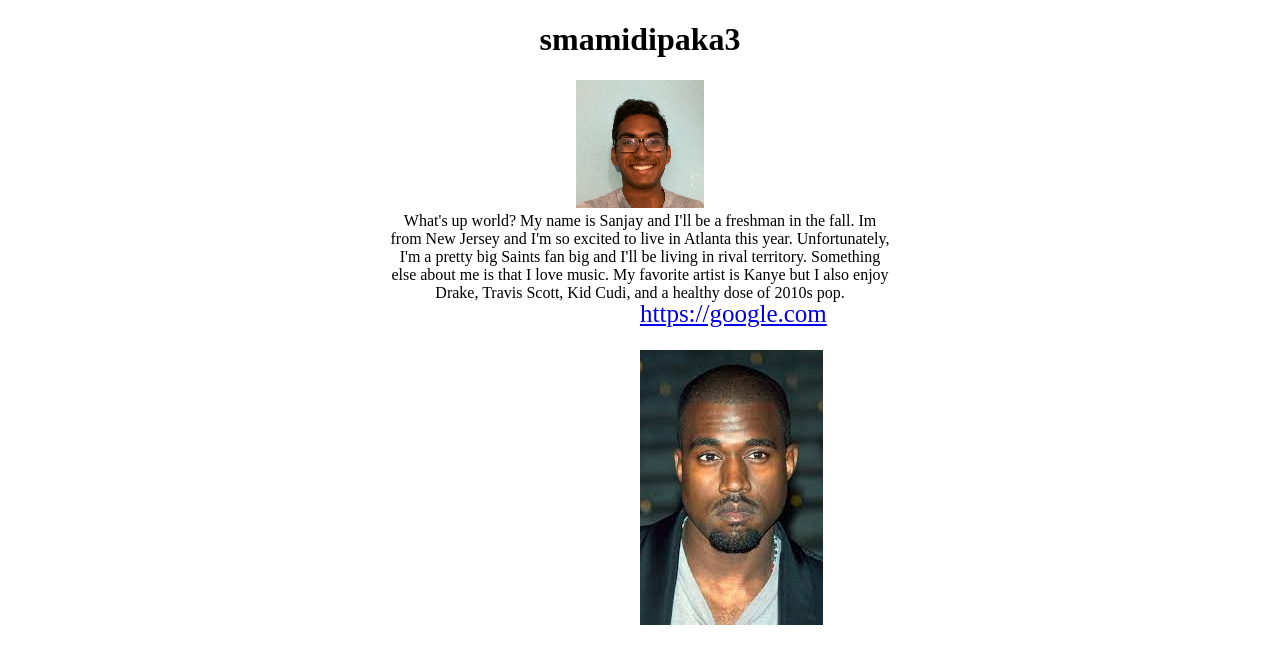
Repository: sanjayMamidipaka/cs1301
Page: lab01/index.html
The author's editor kept a copy of each file at every save. The page is drawn from the files as they stood at one save, then again after the next save.
The browser window is 1280 px wide. The pictures show the whole page.

Above is the page before, as saved 2021-07-22 16:19:40.

### lab01/index.html
<!DOCTYPE html>

<head>
    <link rel="stylesheet" href="style.css">
  </head>

  <div class = "h1">
    <h1>smamidipaka3</h1>

    <img src="image.png" alt="My Picture">
    <p class = 'description'>
        What's up world? My name is Sanjay and I'll be a freshman in the fall. Im from New Jersey and I'm so excited to live in Atlanta this year.
        Unfortunately, I'm a pretty big Saints fan big and I'll be living in rival territory. Something else about me is that I love music. My favorite artist is Kanye but
        I also enjoy Drake, Travis Scott, Kid Cudi, and a healthy dose of 2010s pop.
    </p>

    <a class='link' href="https://google.com">https://google.com</a>

    <a href="https://www.kanyewest.com/" >
        <img class='kanye' src="kanye.jpeg" alt="The GOAT's pic">
    </a>
  </div>

### lab01/style.css
.h1 {
    text-align: center
}

.description {
    width: 500px;
    text-align: center;
    margin: auto;
}

.link {
    font-size: 25px;
    text-align: center;
    position: fixed;
    top: 300px;
}

.kanye {
    text-align: center;
    position: absolute;
    top: 350px;
}

After the next save:
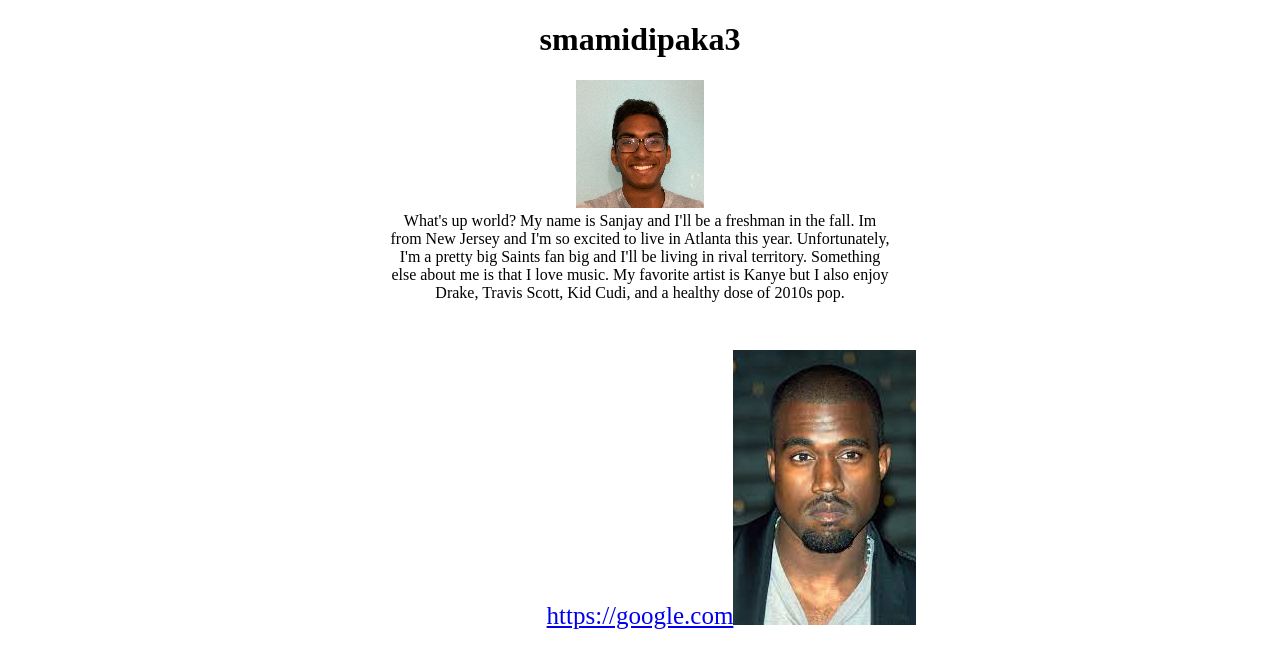
Saved 6 s later.
--- a/lab01/style.css
+++ b/lab01/style.css
@@ -11,7 +11,7 @@
 .link {
     font-size: 25px;
     text-align: center;
-    position: fixed;
+    position: relative;
     top: 300px;
 }
 

After the save that followed:
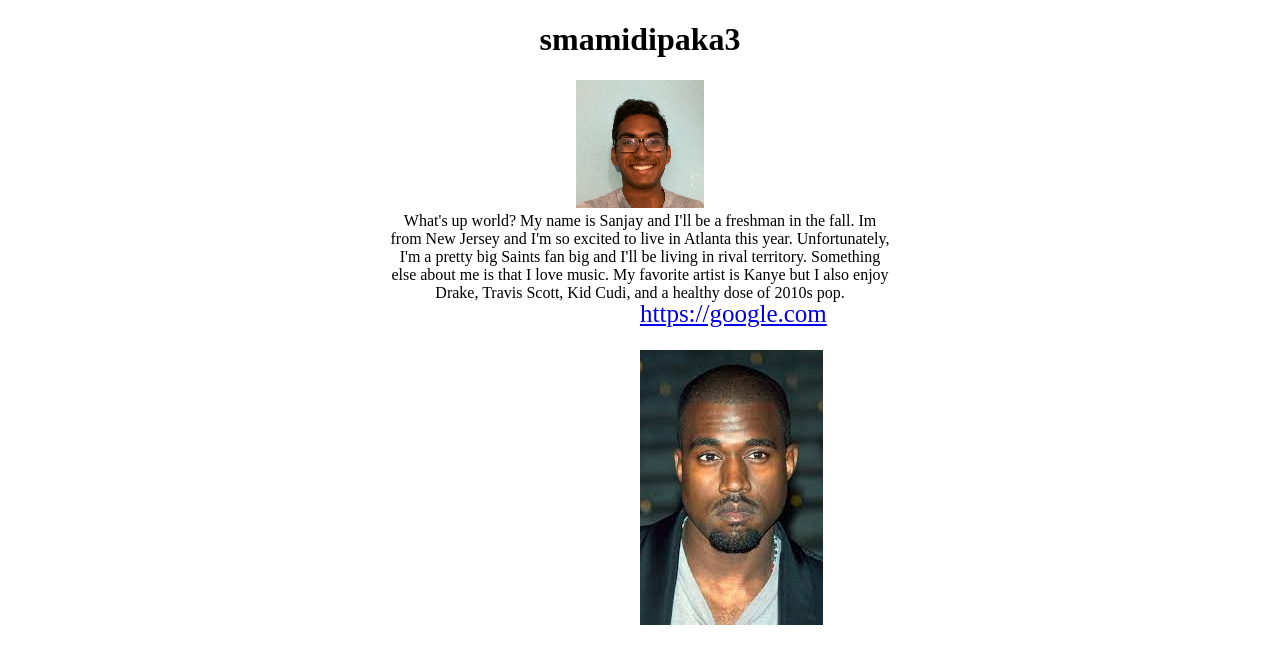
Saved 4 s later.
--- a/lab01/style.css
+++ b/lab01/style.css
@@ -11,7 +11,7 @@
 .link {
     font-size: 25px;
     text-align: center;
-    position: relative;
+    position: absolute;
     top: 300px;
 }
 
